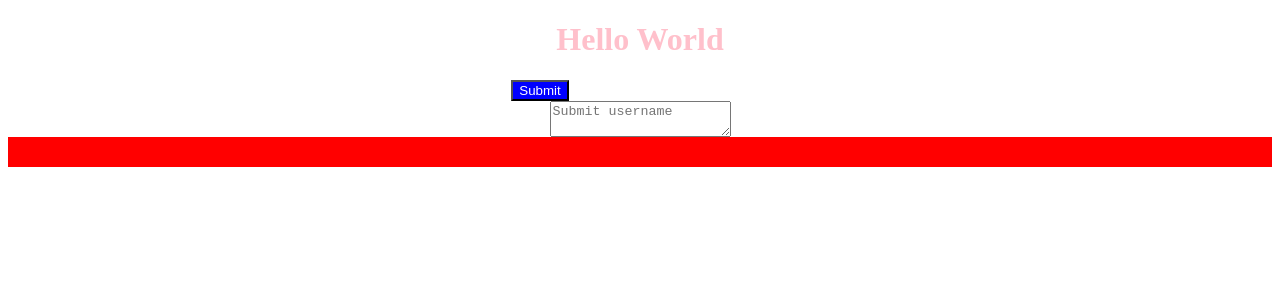
Repository: Flamemaster921/Feature-Showcase
Page: Index/firstPage/Website.html
These files come from the project's save history. The page is drawn as it stood at one moment and after the next save; the edit follows.
The browser window is 1280 px wide. The pictures show the whole page.

Above is the page before, as saved 2025-12-15 02:08:03.

### Index/firstPage/Website.html
<!DOCTYPE html>
<html lang="en">
<head>
    <meta charset="UTF-8">
    <meta name="viewport" content="width=device-width, initial-scale=1.0">
    <title>New Start</title>
    <link rel="stylesheet" href="Design.css">
    <script src="System.js" defer></script>
</head>
<body>
    <h1 class="titleCard">Hello World</h1>

    <button id="submitButton" class="primary-btn">Submit</button>

    <textarea id="usernameBox" class="text-input" placeholder="Submit username"></textarea>

    <div class="color-bar"></div>


</body>

### Index/firstPage/Design.css
.titleCard {
    display: flex;
    flex-direction: column;
    align-items: center;
    color: pink;
    left: auto;
}

.primary-btn {
  background-color: blue;
  color: white;

    position: relative;
    left: -100px;
    top: auto;
    display: block;
    margin: 0 auto;
}

.text-input{
    position: relative;
    left: auto;
    top: auto;
    display: block;
    margin: 0 auto;
}

.color-bar {
  width: calc();
  height: 30px;
  background-color: red;
}

### Index/firstPage/System.js
//Submit username
const textarea = document.getElementById("usernameBox");
const button = document.getElementById("submitButton");

button.addEventListener("click", () => {
    textarea.value = "";
});

After the next save:
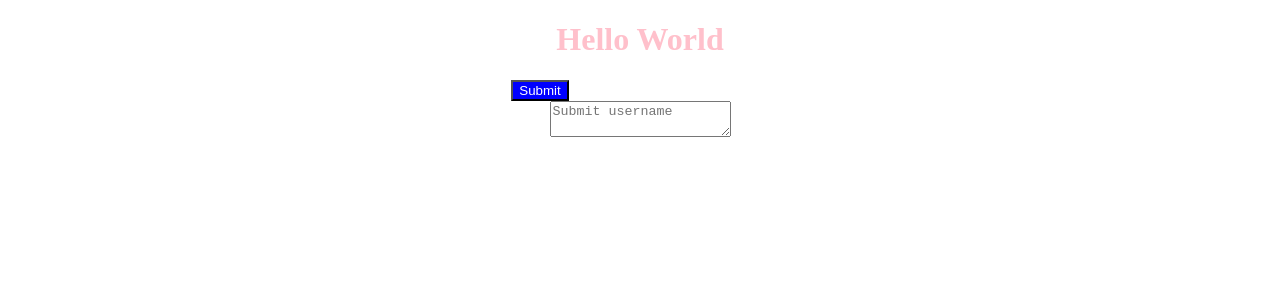
Saved 32 s later.
--- a/Index/firstPage/Design.css
+++ b/Index/firstPage/Design.css
@@ -26,7 +26,7 @@
 }
 
 .color-bar {
-  width: calc();
-  height: 30px;
+  width: 30px;
+  height: calc();
   background-color: red;
 }

After the 5 saves that followed:
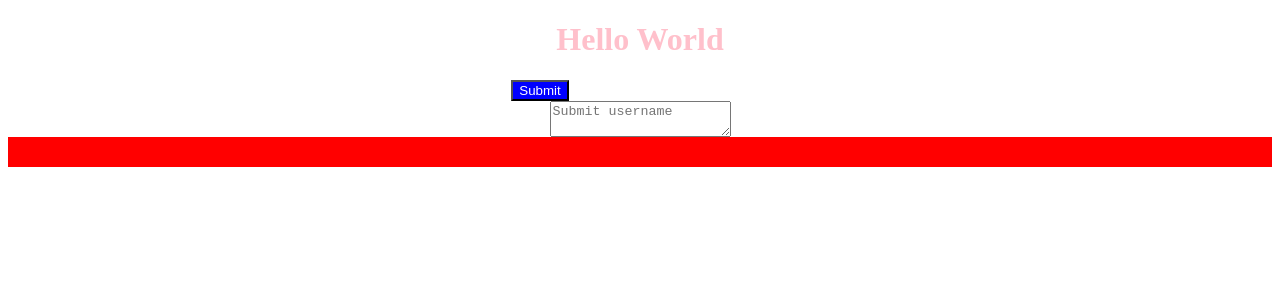
The 5 saves are shown as one change because 4 left the picture as it was.
The last was saved 4 min 1 s later.
--- a/Index/firstPage/Design.css
+++ b/Index/firstPage/Design.css
@@ -26,7 +26,13 @@
 }
 
 .color-bar {
-  width: 30px;
+  width: calc();
+  height: 30px;
+  background-color: red;
+}
+
+.color-bar2 {
+  width: 100px;
   height: calc();
   background-color: red;
 }
